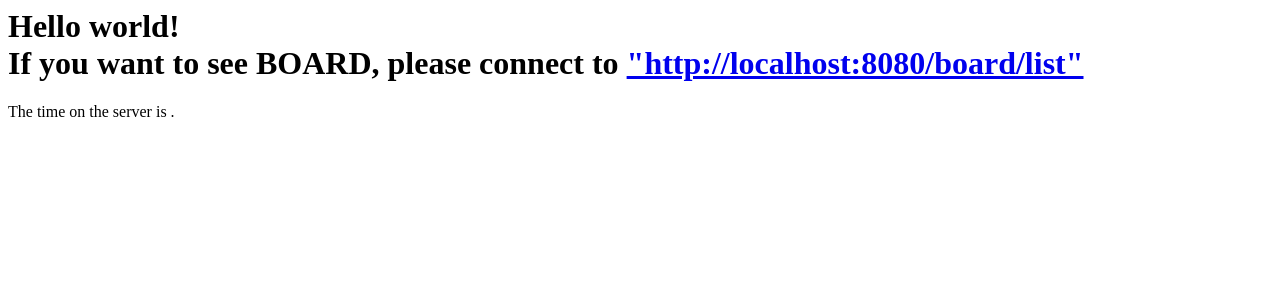
Repository: xx10222/STS_MVC2_Board
Page: http://localhost/project2/WEB-INF/views/home.jsp
An editor plug-in stored every save of this project. The page is shown before and after the next save, followed by the edit.
The browser window is 1280 px wide. The pictures show the whole page.
The page is served by Tomcat 9. Nobody is signed in. Other server files are loaded and not shown. The template is opened directly, without the code that normally fills it, so the values that code supplies are empty.

Above is the page before, as saved 2020-05-28 15:20:11.

### project2/src/main/webapp/WEB-INF/views/home.jsp
<%@ taglib uri="http://java.sun.com/jsp/jstl/core" prefix="c" %>
<%@ page session="false" %>
<html>
<head>
	<title>Home</title>
</head>
<body>
<h1>
	Hello world!
	<br>If you want to see BOARD, please connect to <a href = "/board/list">"http://localhost:8080/board/list"</a></br>
</h1>

<P>  The time on the server is ${serverTime}. </P>
</body>
</html>

After the next save:
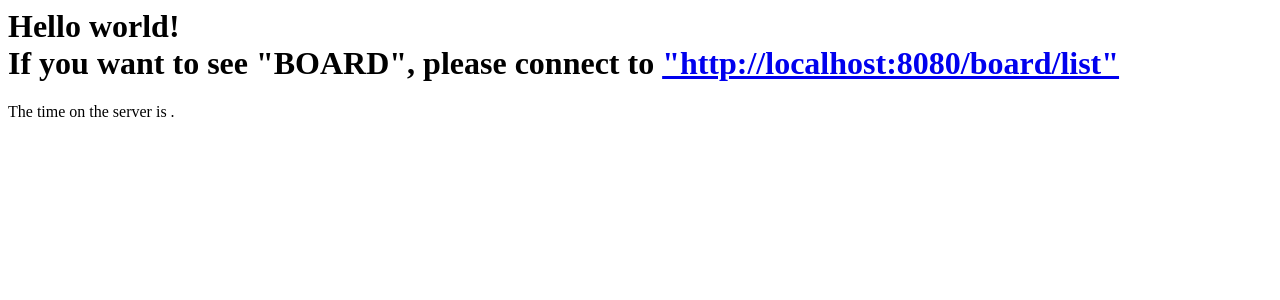
Saved 44 s later.
--- a/project2/src/main/webapp/WEB-INF/views/home.jsp
+++ b/project2/src/main/webapp/WEB-INF/views/home.jsp
@@ -7,7 +7,7 @@
 <body>
 <h1>
 	Hello world!
-	<br>If you want to see BOARD, please connect to <a href = "/board/list">"http://localhost:8080/board/list"</a></br>
+	<br>If you want to see "BOARD", please connect to <a href = "/board/list">"http://localhost:8080/board/list"</a></br>
 </h1>
 
 <P>  The time on the server is ${serverTime}. </P>
